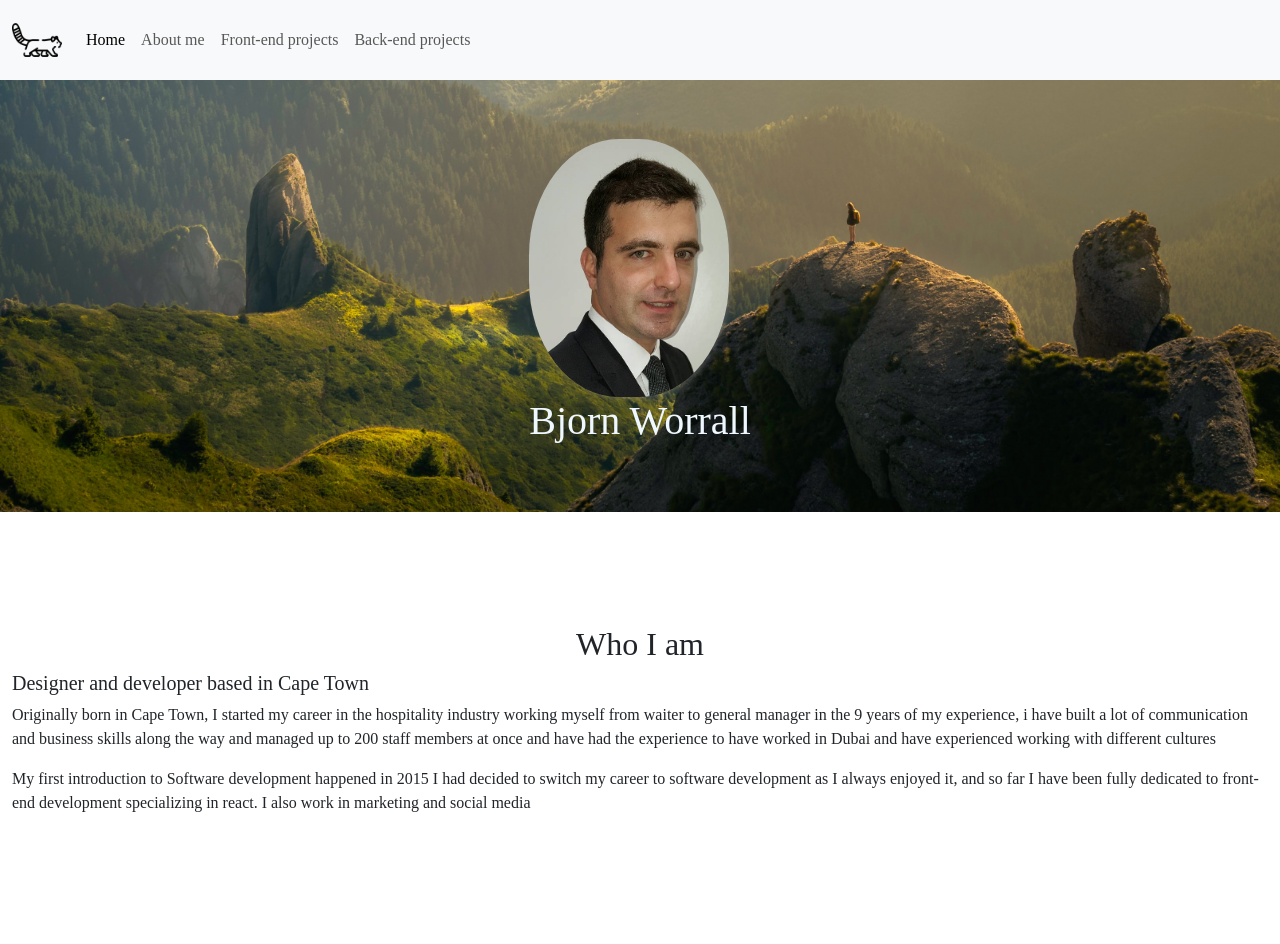
Repository: lasity34/portfolio
Page: index.html
The author's editor kept a copy of each file at every save. The page is drawn from the files as they stood at one save, then again after the next save.
The browser window is 1280 px wide. The pictures show the whole page.
Backgrounds fixed to the window are drawn as part of the page. Some web fonts or font styles are not loaded; a fallback is used.

Above is the page before, as saved 2023-03-13 16:07:22.

### index.html
<!DOCTYPE html>
<html lang="en">
  <head>
    <meta charset="UTF-8" />
    <meta http-equiv="X-UA-Compatible" content="IE=edge" />
    <meta name="viewport" content="width=device-width, initial-scale=1.0" />
    <title>Bjorn Portfolio</title>
    <link rel="preconnect" href="https://fonts.googleapis.com">
<link rel="preconnect" href="https://fonts.gstatic.com" crossorigin>

    <link
      href="https://cdn.jsdelivr.net/npm/bootstrap@5.3.0-alpha1/dist/css/bootstrap.min.css"
      rel="stylesheet"
      integrity="sha384-GLhlTQ8iRABdZLl6O3oVMWSktQOp6b7In1Zl3/Jr59b6EGGoI1aFkw7cmDA6j6gD"
      crossorigin="anonymous"
    />
    <script
      src="https://cdn.jsdelivr.net/npm/bootstrap@5.3.0-alpha1/dist/js/bootstrap.bundle.min.js"
      integrity="sha384-w76AqPfDkMBDXo30jS1Sgez6pr3x5MlQ1ZAGC+nuZB+EYdgRZgiwxhTBTkF7CXvN"
      crossorigin="anonymous"
    ></script>
    <link rel="stylesheet" type="text/css" href="styles.css" />
    <link href="https://fonts.googleapis.com/css2?family=Euphoria+Script&display=swap" rel="stylesheet">
  </head>
  <body>
    <nav class="navbar navbar-expand-lg bg-body-tertiary">
      <div class="container-fluid d-flex justify-content-between">
        <a class="navbar-brand" href="#"
          ><img width="50" height="54" src="./Images/red-panda.png"
        /></a>
        <button
          class="navbar-toggler"
          type="button"
          data-bs-toggle="collapse"
          data-bs-target="#navbarNavAltMarkup"
          aria-controls="navbarNavAltMarkup"
          aria-expanded="false"
          aria-label="Toggle navigation"
        >
          <span class="navbar-toggler-icon"></span>
        </button>
        <div class="collapse navbar-collapse" id="navbarNavAltMarkup">
          <div class="navbar-nav" id="color">
            <a class="nav-link active" aria-current="page" href="#">Home</a>
            <a class="nav-link" href="#about_me">About me</a>
            <a class="nav-link" href="#">Front-end projects</a>
            <a class="nav-link">Back-end projects</a>
          </div>
        </div>
      </div>
    </nav>
    <section class="container-fluid intro_container general_container">
      <div class="info_container">
        <img src="./Images/profile_pic.jpg" class="img-fluid" />
        <h1>Bjorn Worrall</h1>
      </div>
    </section>
    <section class="container-fluid general_container" id="about_me">
      <div>
        <h2>Who I am</h2>
        <h5>Designer and developer based in Cape Town</h5>
        <p>
          Originally born in Cape Town, I started my career in the hospitality
          industry working myself from waiter to general manager in the 9 years
          of my experience, i have built a lot of communication and business
          skills along the way and managed up to 200 staff members at once and
          have had the experience to have worked in Dubai and have experienced
          working with different cultures
        </p>
        <p>
          My first introduction to Software development happened in 2015 I had
          decided to switch my career to software development as I always
          enjoyed it, and so far I have been fully dedicated to front-end
          development specializing in react. I also work in marketing and social
          media
        </p>
      </div>
    </section>
  </body>
</html>

### styles.css
/* global */

* {
    font-family: 'Euphoria Script', cursive;
}

body, html {
  margin: 0;
}

/* nav  */





/* Intro */

.intro_container {
    background: url(./Images/profile_img.jpg) no-repeat fixed center bottom;
	background-size: cover;
    height: 80vh;
}



.info_container img {
 border-radius: 45%;
 box-shadow: 2px 2px 4px rgba(216, 207, 207, 0.2);
 width: 100px;
 margin: 0 auto;
}

.info_container h1 {
    color: aliceblue;
    font-size: 2.5rem;
}

.general_container {
    display: flex;
    flex-direction: column;
    align-items: center;
    justify-content: space-evenly;
    height: 60vh;
}


@media (min-width: 576px) {
    .general_container {
        flex-direction: row;
    }
}

@media (min-width: 768px) {
    .info_container img {
        width: 150px;
    }
}

@media (min-width: 1200px) {
    .info_container img {
        width: 200px;
    }
}


/* Description */

#about_me h2 {
    text-align: center;
}

After the next save:
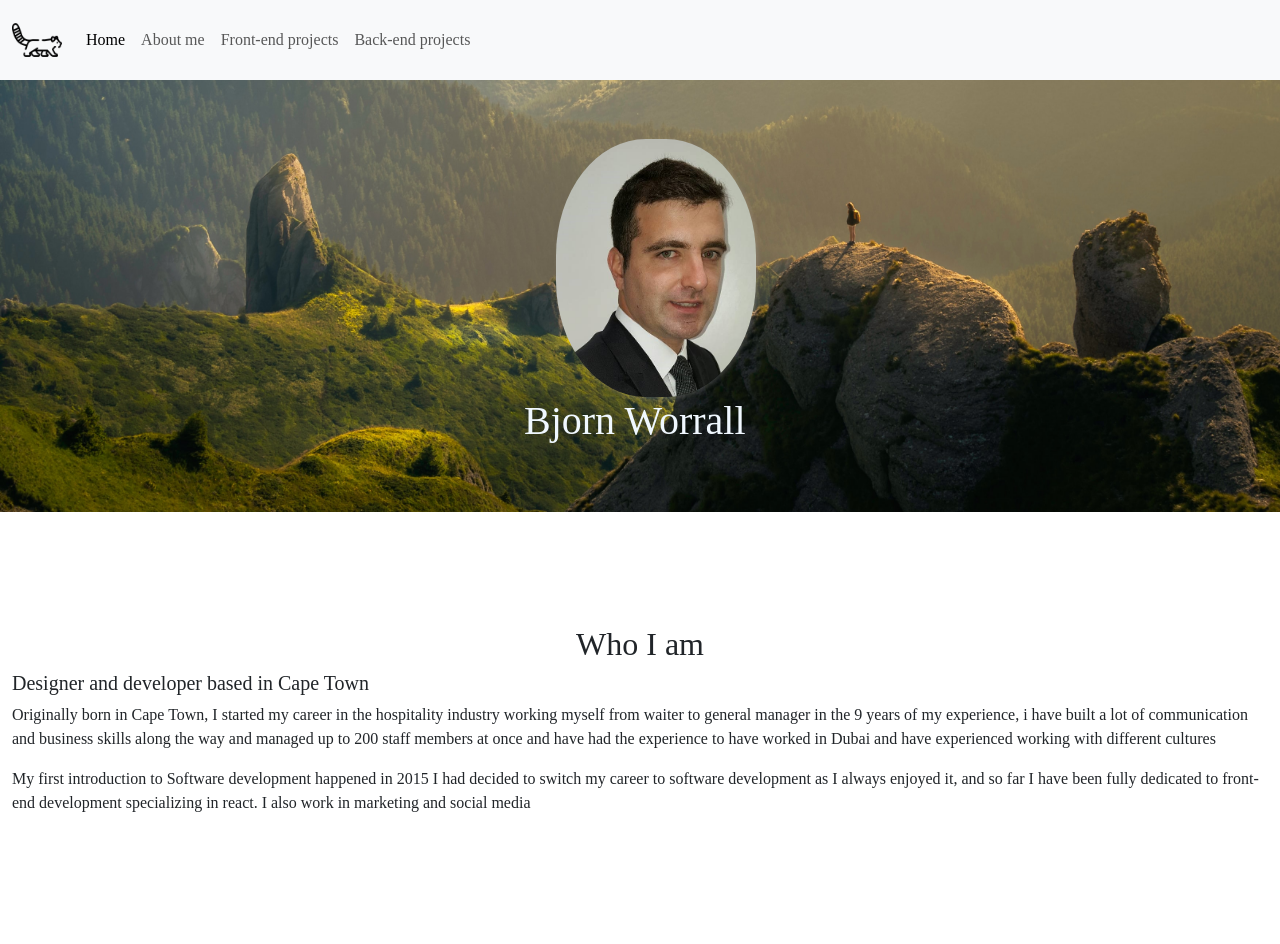
Saved 2 min 6 s later.
--- a/styles.css
+++ b/styles.css
@@ -28,7 +28,7 @@
  border-radius: 45%;
  box-shadow: 2px 2px 4px rgba(216, 207, 207, 0.2);
  width: 100px;
- margin: 0 auto;
+ margin-left: 2em
 }
 
 .info_container h1 {
@@ -42,6 +42,7 @@
     align-items: center;
     justify-content: space-evenly;
     height: 60vh;
+
 }
 
 

After the save that followed:
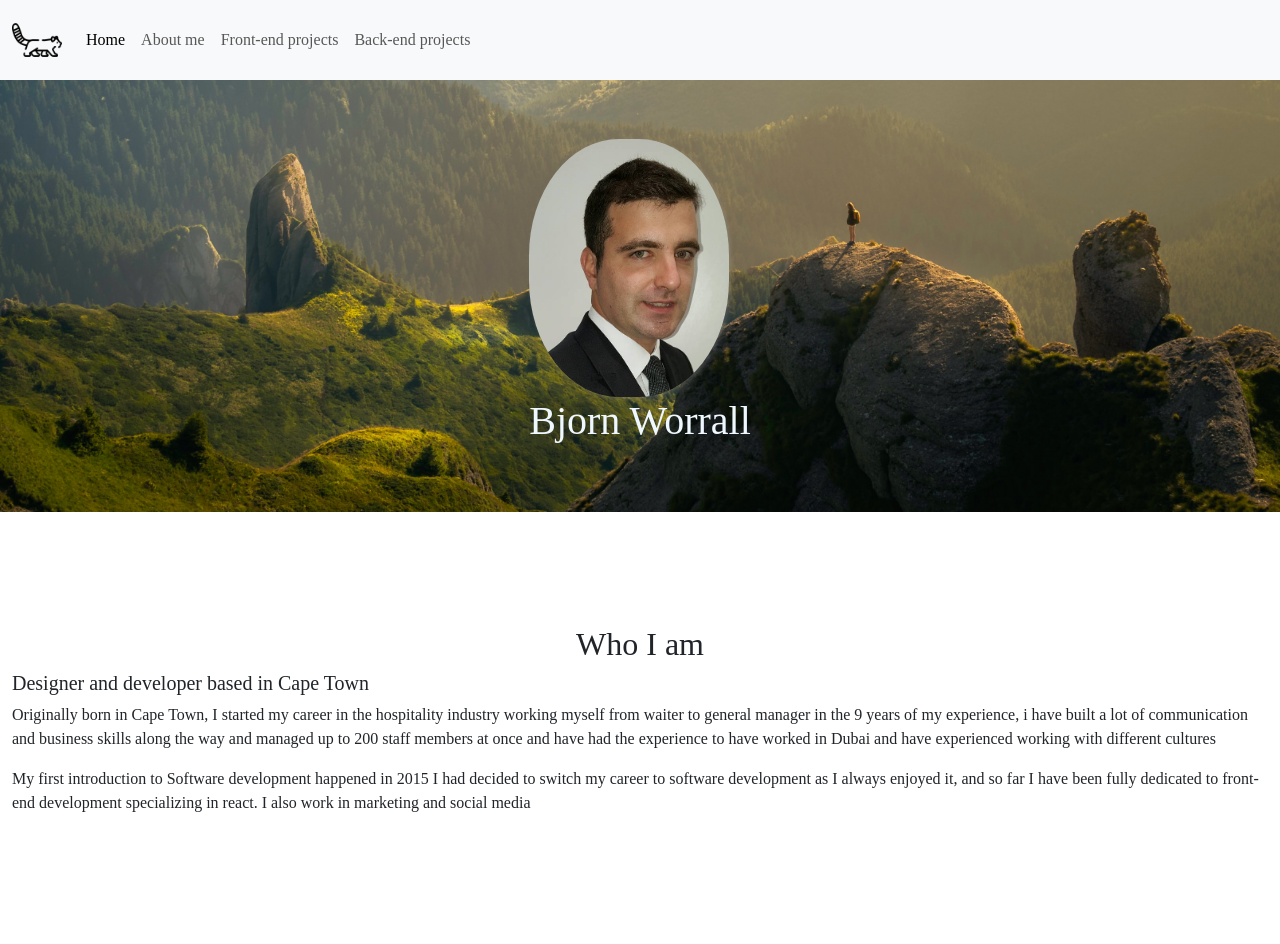
Saved 64 s later.
--- a/styles.css
+++ b/styles.css
@@ -50,6 +50,10 @@
     .general_container {
         flex-direction: row;
     }
+
+    .info_container img {
+        margin: 0;
+    }
 }
 
 @media (min-width: 768px) {
